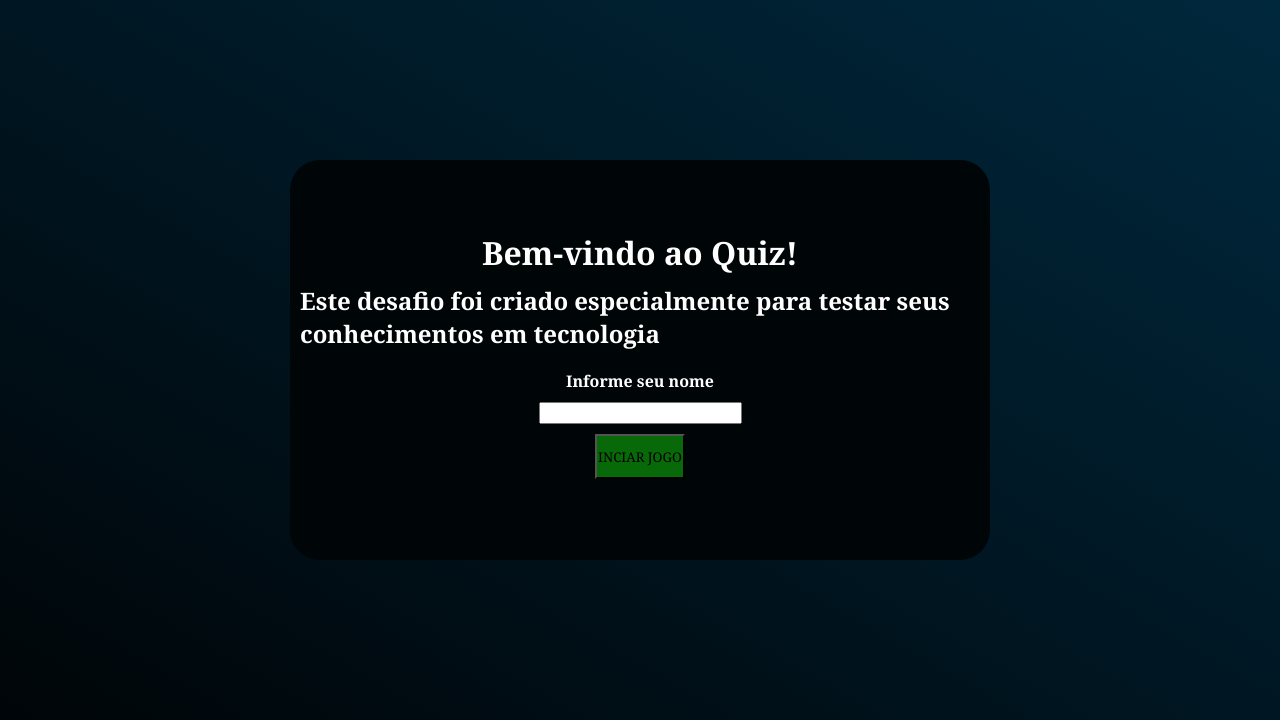
Repository: LaisSilvaO/Projeto-Quizz
Page: telas/apresentação.html
An editor plug-in stored every save of this project. The page is shown before and after the next save, followed by the edit.
The browser window is 1280 px wide. The pictures show the whole page.

Above is the page before, as saved 2024-12-25 21:45:03.

### telas/apresentação.html
<!DOCTYPE html>
<html lang="pt-br">

<head>
    <meta charset="UTF-8">
    <meta name="viewport" content="width=device-width, initial-scale=1.0">
    <title>Quiz</title>
    <link rel="stylesheet" href="../img/tela.css">
</head>

<body>
    <div class="box1">
        <div class="box2">

            <h1> Bem-vindo ao Quiz!</h1>

            <h2>Este desafio foi criado especialmente para testar seus conhecimentos em tecnologia</h2>
            </h2>
            <h4>Informe seu nome </h4>
            <input type="text" id="nome">
            <A href="index.html">
                <h4><button>INCIAR JOGO</button></h4>
            </A>

        </div>
    </div>

</body>

</html>

### img/tela.css
* {
  margin: 0;
  padding: 0;
  box-sizing: border-box;
  font-family: Cambria, Cochin, Georgia, Times, 'Times New Roman', serif;
}

body {
  height: 100vh;
  display: flex;
  justify-content: center;
  align-items: center;
  flex-direction: column;
  background: linear-gradient(210deg, #00283d, #000508);
}

main {
  background-color: white;
  padding: 10px;
  border-radius: 10px;
  width: 100%;
  max-width: 600px;
  min-height: 400px;
  display: flex;
  justify-content: center;
  align-items: center;
}

.box1{
  position: relative;
  width: 700px;
  height: 410px;

  border-radius: 30px;
  display: flex;
  justify-content: center;
  align-items: center;
  flex-direction: column;
  overflow: hidden;

}
.box2 {
  position: relative;
  width: 700px;
  height: 400px;
  background-color: #000508;
  border-radius: 30px;
  display: flex;
  justify-content: center;
  align-items: center;
  flex-direction: column;
  overflow: hidden;
  color: white;
}

/* Borda animada externa */
.box1::before {
  content: '';
  position: absolute;
  top: 0;
  left: 0;
  width: 100%;
  height: 100%;
  border-radius: 30px;
  border: 0px solid transparent; /* Espessura da borda aumentada */
  background-image: linear-gradient(to bottom, #157815, #93b608);
  background-size: 400%; /* Aumenta o tamanho da animação da borda */
  animation: borderAnimation 6s linear  infinite ;
  z-index: -1; /* Garante que a borda fique atrás do conteúdo */
}

@keyframes borderAnimation {
  0% {
    top: 0px;
    left: 0px;
}
25% {
    top: 0px;
    left: 700px; /* Canto superior direito */
}
50% {
    top: 0px;
    left: 0px; /* Canto inferior direito */
}
75% {
    top: 700px;
    left: 0px; /* Canto inferior esquerdo */
}
100% {
    top: 700px;
    left: 0px;  /* Retorna ao canto superior esquerdo */
}
}

h2{
  padding: 10px;
}
h4{
  padding: 10px;
}
button{
  width: 90px;
  height: 45px;
  background-color: rgb(8, 105, 8);
}

After the next save:
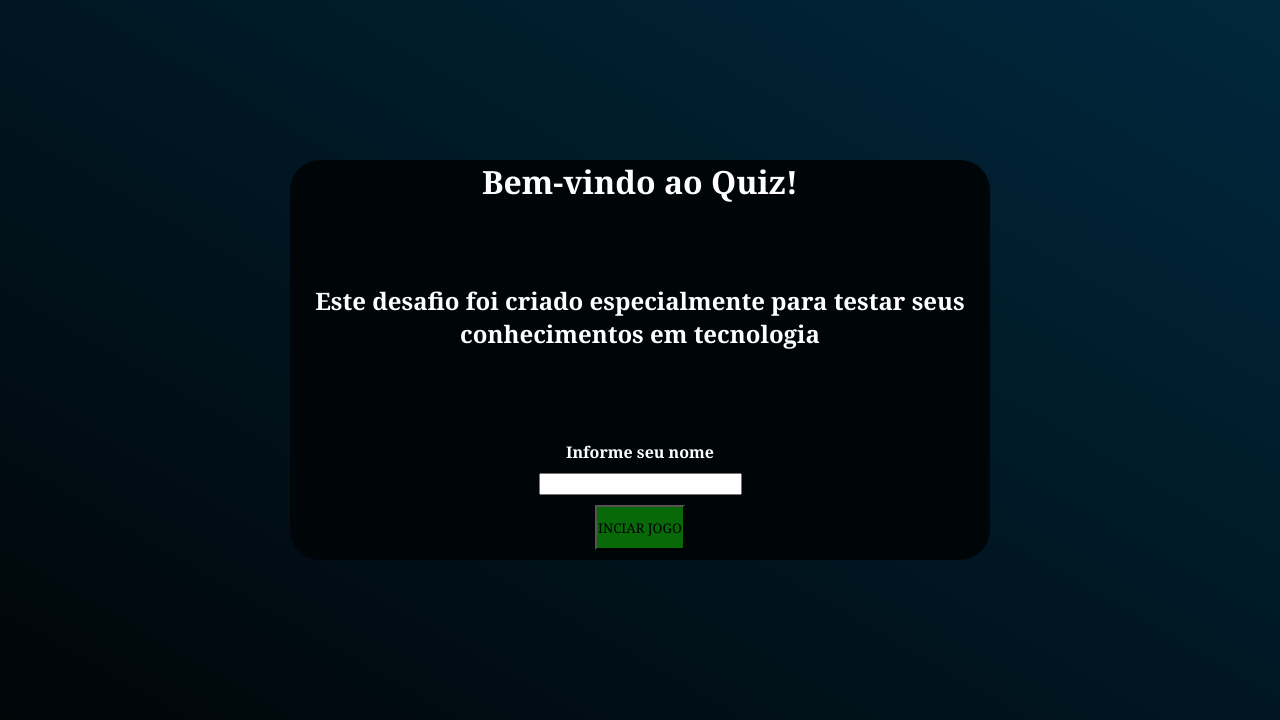
Saved 2 min 8 s later.
--- a/img/tela.css
+++ b/img/tela.css
@@ -94,6 +94,11 @@ main {
 
 h2{
   padding: 10px;
+  display: flex;           /* Ativa o modelo de layout flex */
+  justify-content: center; /* Centraliza horizontalmente */
+  align-items: center;     /* Centraliza verticalmente */
+  text-align: center;      /* Centraliza as linhas de texto */
+  height: 100%;
 }
 h4{
   padding: 10px;
